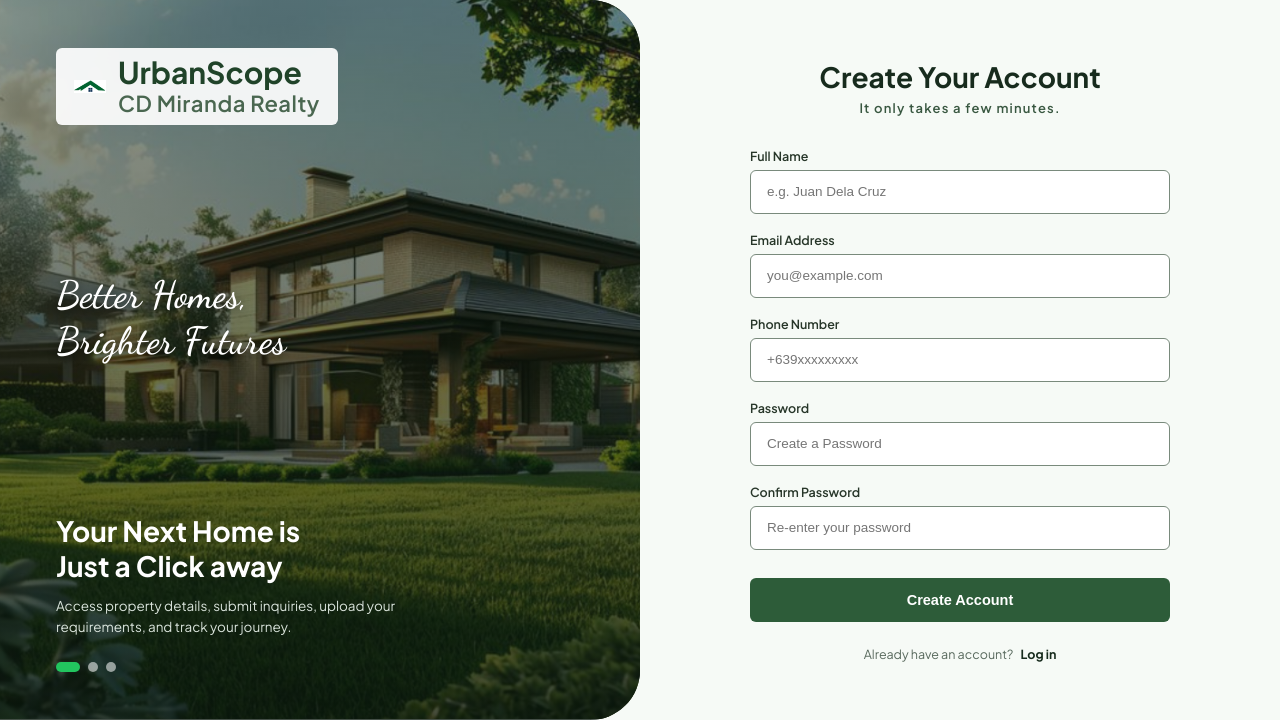
Repository: Gianeuz/CD-Miranda
Page: login/register.html
These files come from the project's save history. The page is drawn as it stood at one moment and after a run of saves; the edit follows.
The browser window is 1280 px wide. The pictures show the whole page.

Above is the page before, as saved 2026-09-25 00:38:25.

### login/register.html
<!DOCTYPE html>
<html lang="en">
<head>
    <meta charset="UTF-8">
    <meta name="viewport" content="width=device-width, initial-scale=1.0">
    <link rel="icon" href="favicon.jpg" type="image/x-icon">
    <link rel="stylesheet" href="login.css">
    <title>Create Your Account - UrbanScope</title>
</head>
<body>

    <div class="main-container">

        <!-- LEFT PANEL: Image, Branding & Showcase -->
        <div class="showcase-panel">
            <img src="Urban.jpg" alt="UrbanScope Property" class="showcase-img" id="slideImage">
            <div class="overlay"></div>

            <div class="showcase-header">
                <div class="brand-badge">
                    <img src="logo.png" alt="Logo" class="logo-icon" onerror="this.style.display='none'">
                    <div class="brand-text">
                        <h1>UrbanScope</h1>
                        <h2>CD Miranda Realty</h2>
                    </div>
                </div>
            </div>

            <div class="cursive-tagline">
                Better Homes,<br>Brighter Futures
            </div>

            <div class="showcase-caption">
                <h2 id="slideTitle">Your Next Home is<br>Just a Click away</h2>
                <p id="slideDesc">Access property details, submit inquiries, upload your requirements, and track your journey.</p>

                <div class="dots-container">
                    <button class="dot active" type="button" aria-label="Slide 1"></button>
                    <button class="dot" type="button" aria-label="Slide 2"></button>
                    <button class="dot" type="button" aria-label="Slide 3"></button>
                </div>
            </div>
        </div>

        <!-- RIGHT PANEL: Register Form -->
        <div class="form-panel">
            <div class="form-wrapper">

                <div class="welcome-header">
                    <h1>Create Your Account</h1>
                    <p>It only takes a few minutes.</p>
                </div>

                <form action="register.php" method="POST" class="auth-form">
                    <div class="form-group">
                        <label for="fullname">Full Name</label>
                        <div class="input-box">
                            <input type="text" id="fullname" name="fullname" placeholder="e.g. Juan Dela Cruz" required>
                        </div>
                    </div>

                    <div class="form-group">
                        <label for="email">Email Address</label>
                        <div class="input-box">
                            <input type="email" id="email" name="email" placeholder="you@example.com" required>
                        </div>
                    </div>

                    <div class="form-group">
                        <label for="phone">Phone Number</label>
                        <div class="input-box">
                            <input type="tel" id="phone" name="phone" placeholder="+639xxxxxxxxx" required>
                        </div>
                    </div>

                    <div class="form-group">
                        <label for="password">Password</label>
                        <div class="input-box">
                            <input type="password" id="password" name="password" placeholder="Create a Password" required>
                        </div>
                    </div>

                    <div class="form-group">
                        <label for="confirm_password">Confirm Password</label>
                        <div class="input-box">
                            <input type="password" id="confirm_password" name="confirm_password" placeholder="Re-enter your password" required>
                        </div>
                    </div>

                    <button type="submit" class="btn-submit" style="margin-top: 10px;">Create Account</button>
                </form>

                <div class="register-prompt" style="margin-top: 24px;">
                    <span>Already have an account?</span>
                    <a href="login.html">Log in</a>
                </div>

            </div>
        </div>

    </div>

</body>
</html>

### login/login.css
@import url('https://fonts.googleapis.com/css2?family=Dancing+Script:wght@600&family=Plus+Jakarta+Sans:wght@400;500;600;700&display=swap');

:root {
    --brand-dark-green: #204329;
    --brand-primary-green: #2d5c39;
    --brand-hover-green: #23492d;
    --bg-tint: #f6faf6;
    --border-color: #798a7c;
    --text-primary: #172b1d;
    --text-secondary: #58695d;
    --text-muted: #7d8e81;
}

* {
    margin: 0;
    padding: 0;
    box-sizing: border-box;
}

html, body {
    width: 100%;
    height: 100%;
    overflow-x: hidden;
}

body {
    font-family: 'Plus Jakarta Sans', sans-serif;
    color: var(--text-primary);
    background-color: var(--bg-tint);
}

/* Fullscreen Edge-to-Edge Container */
.main-container {
    display: flex;
    width: 100vw;
    min-height: 100vh;
    border-radius: 0;
    box-shadow: none;
    overflow: hidden;
}

/* Left Showcase Panel - 50% Full Screen */
.showcase-panel {
    position: relative;
    width: 50%;
    min-height: 100vh;
    background-color: #17241a;
    display: flex;
    flex-direction: column;
    justify-content: space-between;
    padding: 48px 56px;
    overflow: hidden;
    border-top-right-radius: 50px;
    border-bottom-right-radius: 50px;
}

.showcase-img {
    position: absolute;
    inset: 0;
    width: 100%;
    height: 100%;
    object-fit: cover;
    z-index: 0;
}

.overlay {
    position: absolute;
    inset: 0;
    background: linear-gradient(180deg, rgba(15, 33, 20, 0.45) 0%, rgba(10, 24, 14, 0.75) 100%);
    z-index: 1;
}

.showcase-header,
.cursive-tagline,
.showcase-caption {
    position: relative;
    z-index: 2;
}

/* Brand badge in upper left */
.brand-badge {
    display: inline-flex;
    align-items: center;
    gap: 12px;
    background: rgba(255, 255, 255, 0.92);
    padding: 8px 18px;
    border-radius: 6px;
    backdrop-filter: blur(6px);
}

.logo-icon {
    width: 32px;
    height: 32px;
    object-fit: contain;
}

.brand-text h1 {
    font-size: 30px;
    font-weight: 700;
    color: var(--brand-dark-green);
    line-height: 1.1;
}

.brand-text h2 {
    font-size: 22px;
    font-weight: 600;
    color: #4a6750;
    letter-spacing: 0.5px;
}

/* Middle Cursive Tagline */
.cursive-tagline {
    font-family: 'Dancing Script', cursive;
    font-size: 38px;
    line-height: 1.2;
    color: #ffffff;
    text-shadow: 0 2px 10px rgba(0, 0, 0, 0.55);
}

/* Showcase Lower Text & Dots */
.showcase-caption h2 {
    color: #ffffff;
    font-size: 28px;
    font-weight: 700;
    line-height: 1.25;
    margin-bottom: 12px;
}

.showcase-caption p {
    color: rgba(240, 248, 242, 0.9);
    font-size: 13.5px;
    line-height: 1.6;
    max-width: 420px;
    margin-bottom: 24px;
}

.dots-container {
    display: flex;
    gap: 8px;
}

.dot {
    width: 10px;
    height: 10px;
    border-radius: 50%;
    border: none;
    background-color: rgba(255, 255, 255, 0.55);
    cursor: pointer;
    transition: all 0.25s ease;
}

.dot.active {
    background-color: #22c55e;
    width: 24px;
    border-radius: 10px;
}

/* Right Form Panel - 50% Full Screen */
.form-panel {
    flex: 1;
    width: 50%;
    min-height: 100vh;
    background-color: var(--bg-tint);
    display: flex;
    align-items: center;
    justify-content: center;
    padding: 48px;
}

.form-wrapper {
    width: 100%;
    max-width: 420px;
}

.welcome-header {
    text-align: center;
    margin-bottom: 32px;
}

.welcome-header h1 {
    font-size: 28px;
    font-weight: 700;
    color: var(--text-primary);
}

.welcome-header p {
    font-size: 13px;
    font-weight: 600;
    letter-spacing: 1.2px;
    color: #385740;
    margin-top: 6px;
}

/* Forms & Inputs */
.auth-form {
    display: flex;
    flex-direction: column;
    gap: 18px;
}

.form-group label {
    display: block;
    font-size: 12.5px;
    font-weight: 600;
    color: #273629;
    margin-bottom: 6px;
}

.input-box input {
    width: 100%;
    height: 44px;
    padding: 0 16px;
    border: 1px solid var(--border-color);
    border-radius: 6px;
    background-color: #ffffff;
    font-size: 13.5px;
    color: var(--text-primary);
    outline: none;
    transition: border-color 0.2s, box-shadow 0.2s;
}

.input-box input:focus {
    border-color: var(--brand-primary-green);
    box-shadow: 0 0 0 3px rgba(45, 92, 57, 0.15);
}

.form-options {
    display: flex;
    justify-content: space-between;
    align-items: center;
    font-size: 12.5px;
}

.remember-label {
    display: flex;
    align-items: center;
    gap: 7px;
    cursor: pointer;
    color: var(--text-secondary);
}

.remember-label input {
    accent-color: var(--brand-primary-green);
}

.forgot-link {
    text-decoration: none;
    color: var(--text-secondary);
    font-size: 12.5px;
}

.forgot-link:hover {
    text-decoration: underline;
}

.btn-submit {
    width: 100%;
    height: 44px;
    background-color: var(--brand-primary-green);
    color: #ffffff;
    border: none;
    border-radius: 6px;
    font-size: 14.5px;
    font-weight: 600;
    cursor: pointer;
    margin-top: 6px;
    transition: background-color 0.2s ease;
}

.btn-submit:hover {
    background-color: var(--brand-hover-green);
}

/* Divider & Social Login */
.divider {
    position: relative;
    text-align: center;
    margin: 22px 0;
}

.divider::before {
    content: '';
    position: absolute;
    left: 0;
    top: 50%;
    width: 100%;
    height: 1px;
    background-color: #c9d8cc;
}

.divider span {
    position: relative;
    background-color: var(--bg-tint);
    padding: 0 14px;
    font-size: 12px;
    color: var(--text-muted);
}

.btn-google {
    width: 100%;
    height: 44px;
    display: flex;
    align-items: center;
    justify-content: center;
    gap: 12px;
    background-color: #ffffff;
    border: 1px solid #7c8e80;
    border-radius: 6px;
    font-size: 13.5px;
    font-weight: 600;
    color: #283a2d;
    cursor: pointer;
    transition: background-color 0.2s ease;
}

.btn-google:hover {
    background-color: #edf4ee;
}

.register-prompt {
    margin-top: 24px;
    text-align: center;
    font-size: 12.5px;
    color: var(--text-secondary);
}

.register-prompt a {
    text-decoration: none;
    color: var(--text-primary);
    font-weight: 700;
    margin-left: 5px;
}

.register-prompt a:hover {
    text-decoration: underline;
}

/* Mobile & Tablet Responsiveness */
@media (max-width: 900px) {
    .main-container {
        flex-direction: column;
        min-height: 100vh;
    }

    .showcase-panel {
        width: 100%;
        min-height: 380px;
        padding: 32px 24px;
    }

    .cursive-tagline {
        font-size: 30px;
        margin: 20px 0;
    }

    .form-panel {
        width: 100%;
        min-height: auto;
        padding: 40px 24px;
    }
}

After the next 3 saves:
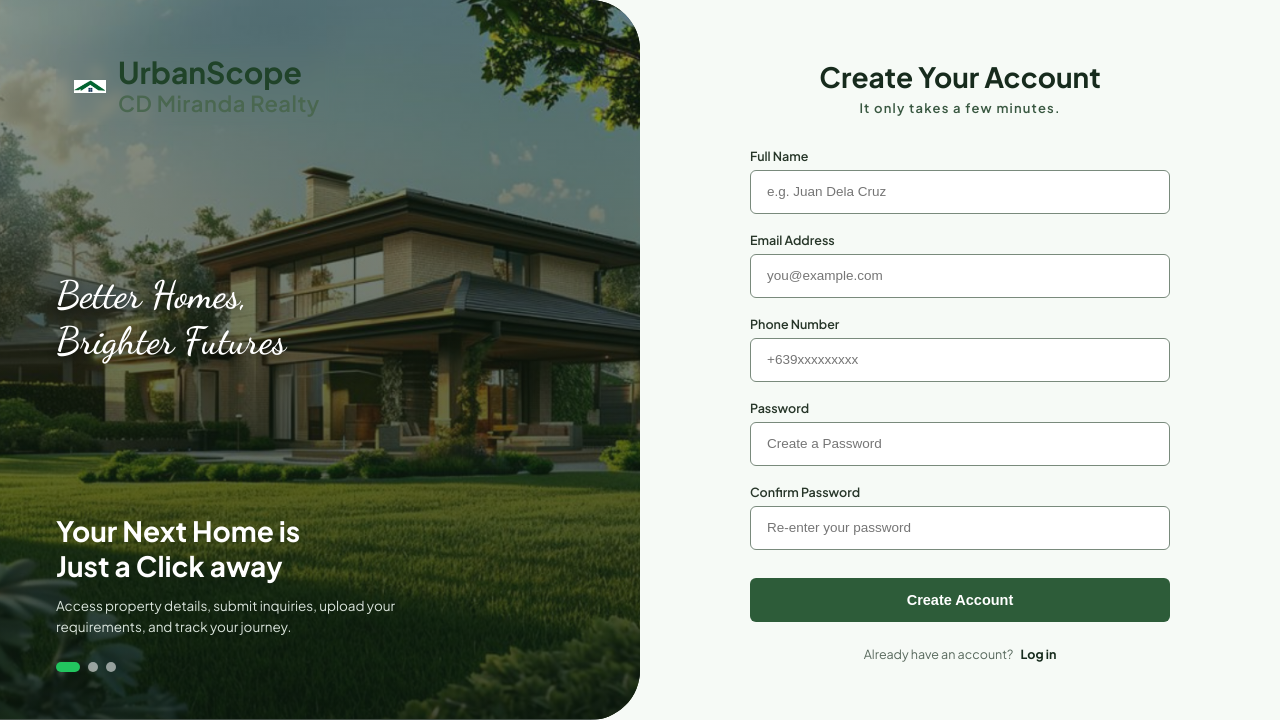
The 3 saves are shown as one change because they came seconds apart.
The last was saved 16 s later.
--- a/login/login.css
+++ b/login/login.css
@@ -82,7 +82,7 @@ body {
     display: inline-flex;
     align-items: center;
     gap: 12px;
-    background: rgba(255, 255, 255, 0.92);
+    background: rgba(255, 255, 255, 0);
     padding: 8px 18px;
     border-radius: 6px;
     backdrop-filter: blur(6px);
